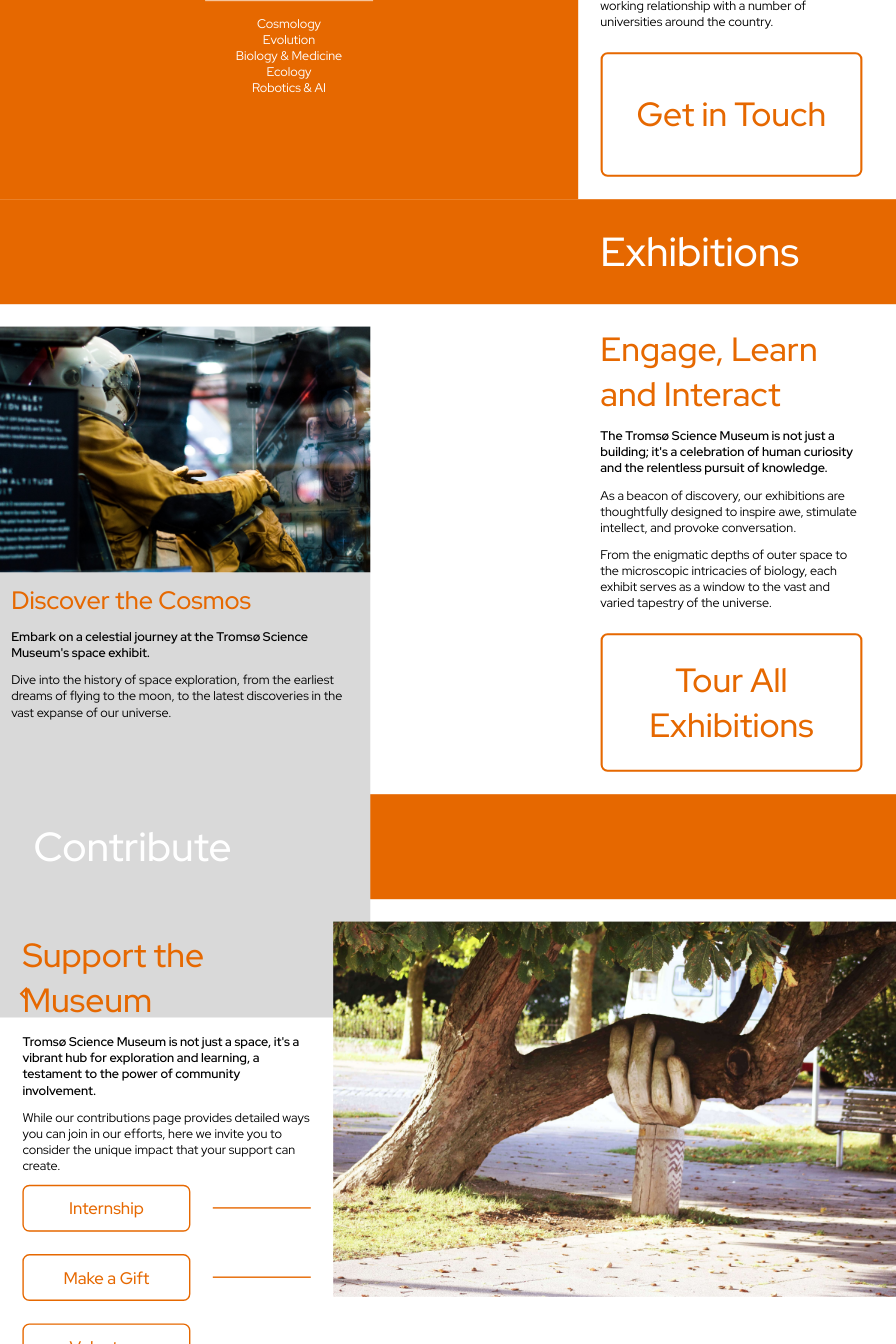
Repository: benjaminskarding/Semester-Project
Page: index.html
These files come from the project's save history. The page is drawn as it stood at one moment and after a run of saves; the edit follows.
The browser window is 1280 px wide. The pictures show the part of the page from y = 3031 to 4951 px (the page is 5931 px tall), at 70% of full size.

Above is the page before, as saved 2023-12-19 03:35:47.

After the next 2 saves:
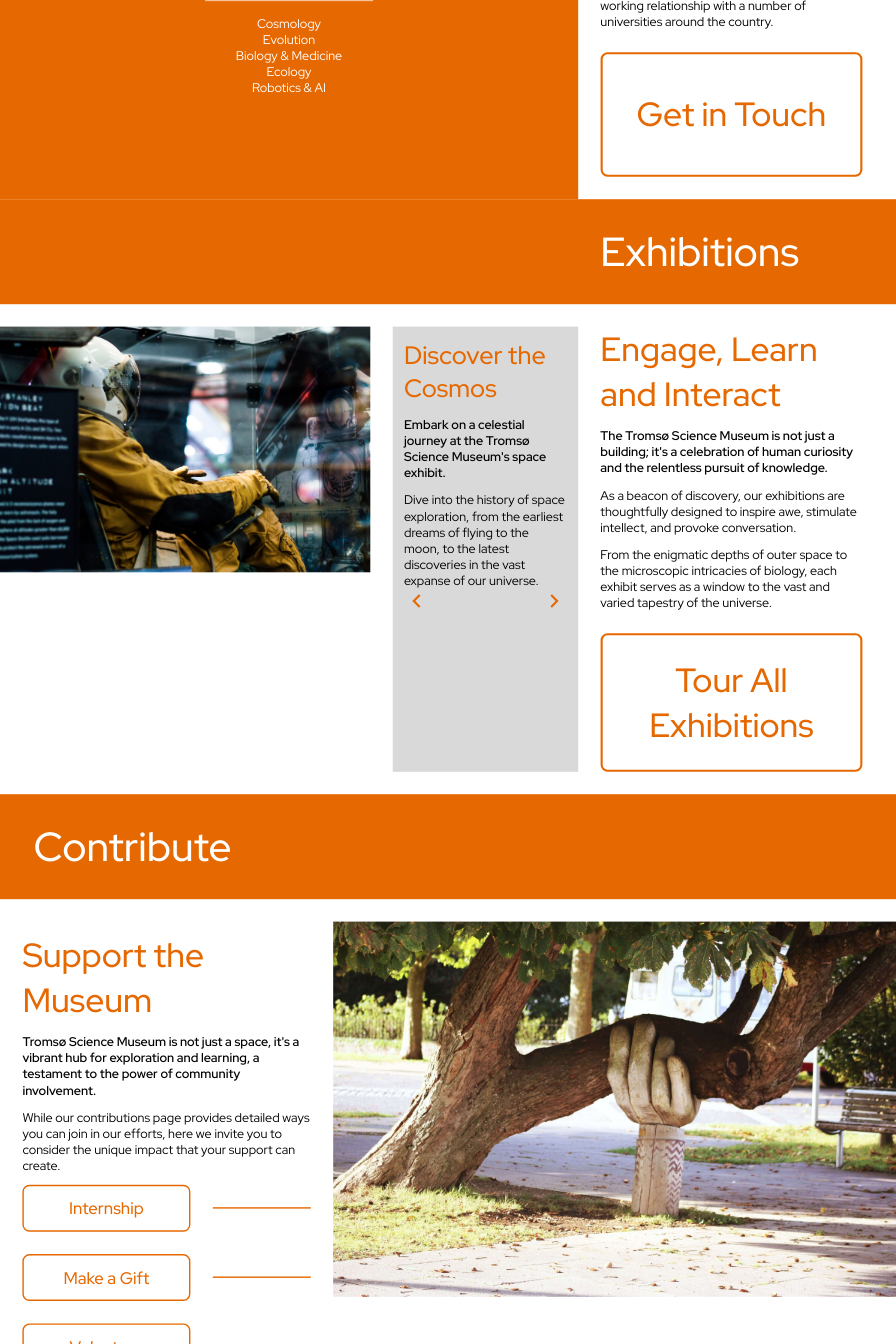
The 2 saves are shown as one change because they came seconds apart.
The last was saved 9 s later.
--- a/index.html
+++ b/index.html
@@ -207,31 +207,29 @@
     </div>
 
     <div class="grid3">
-        <div id="item1" class="carousel-item">
-            <div class="imageCarousel image">
-                <img src="assets/images/other/spaceman.jpg">
-            </div>
-            <div class="carouselDescription">
-                <div class="column-text-content">
-                    <h5 class="orange">Discover the Cosmos</h5>
-                    <p class="semibold">Embark on a celestial journey at the Tromsø Science Museum's space exhibit.</p>
-                    <p>Dive into the history of space exploration, from the earliest dreams of flying to the moon, to the latest discoveries in the vast expanse of our universe.</p>
-                </div>
+        <div class="imageCarousel image">
+            <img src="assets/images/other/spaceman.jpg">
+        </div>
+        <div class="carouselDescription">
+            <div class="column-text-content">
+                <h5 class="orange">Discover the Cosmos</h5>
+                <p class="semibold">Embark on a celestial journey at the Tromsø Science Museum's space exhibit.</p>
+                <p>Dive into the history of space exploration, from the earliest dreams of flying to the moon, to the latest discoveries in the vast expanse of our universe.</p>
                 <div class="carouselArrows">
-                    <a href="#item3"><img src="assets/images/icons/arrow-left-s-line.svg" class="arrow"></a>
-                    <a href="#item2"><img src="assets/images/icons/arrow-right-s-line.svg" class="arrow"></a>
-                  </div>
-            </div>
-        </div>
-            <div class="exhibText">
-                <div class="right-column-text-content">
-                    <h4 class="medium orange">Engage, Learn and Interact</h4>
-                    <p class="semibold">The Tromsø Science Museum is not just a building; it's a celebration of human curiosity and the relentless pursuit of knowledge.</p>
-                    <p>As a beacon of discovery, our exhibitions are thoughtfully designed to inspire awe, stimulate intellect, and provoke conversation.</p>
-                    <p>From the enigmatic depths of outer space to the microscopic intricacies of biology, each exhibit serves as a window to the vast and varied tapestry of the universe.</p>
-                    <a href="exhibitions.html" class="bigButton2 medium">Tour All Exhibitions</a>
-                </div>
-            </div>
+                    <img src="assets/images/icons/arrow-left-s-line.svg" class="arrow">
+                    <img src="assets/images/icons/arrow-right-s-line.svg" class="arrow">
+                </div>
+            </div>
+        </div>
+        <div class="exhibText">
+            <div class="right-column-text-content">
+                <h4 class="medium orange">Engage, Learn and Interact</h4>
+                <p class="semibold">The Tromsø Science Museum is not just a building; it's a celebration of human curiosity and the relentless pursuit of knowledge.</p>
+                <p>As a beacon of discovery, our exhibitions are thoughtfully designed to inspire awe, stimulate intellect, and provoke conversation.</p>
+                <p>From the enigmatic depths of outer space to the microscopic intricacies of biology, each exhibit serves as a window to the vast and varied tapestry of the universe.</p>
+                <a href="exhibitions.html" class="bigButton2 medium">Tour All Exhibitions</a>
+            </div>
+        </div>
     </div>
 
     <div class="title-bar">
